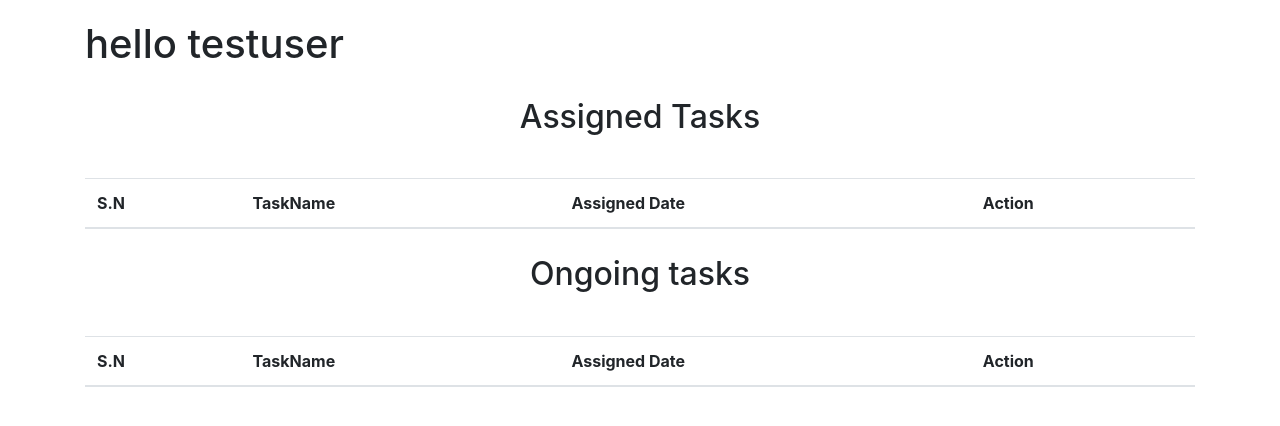
Repository: neha-rouniyar/taskmgmt
Page: http://localhost/user-dashboard
The author's editor kept a copy of each file at every save. The page is drawn from the files as they stood at one save, then again after the next save.
The browser window is 1280 px wide. The pictures show the whole page.
The page is served by the project's Laravel application, run on PHP 8.4 with Laravel 10. A made-up administrator, Test User (test@example.com), is signed in. Queries for data that is not in the repository find no rows.

Above is the page before, as saved 2023-12-15 23:52:57.

After the next save:
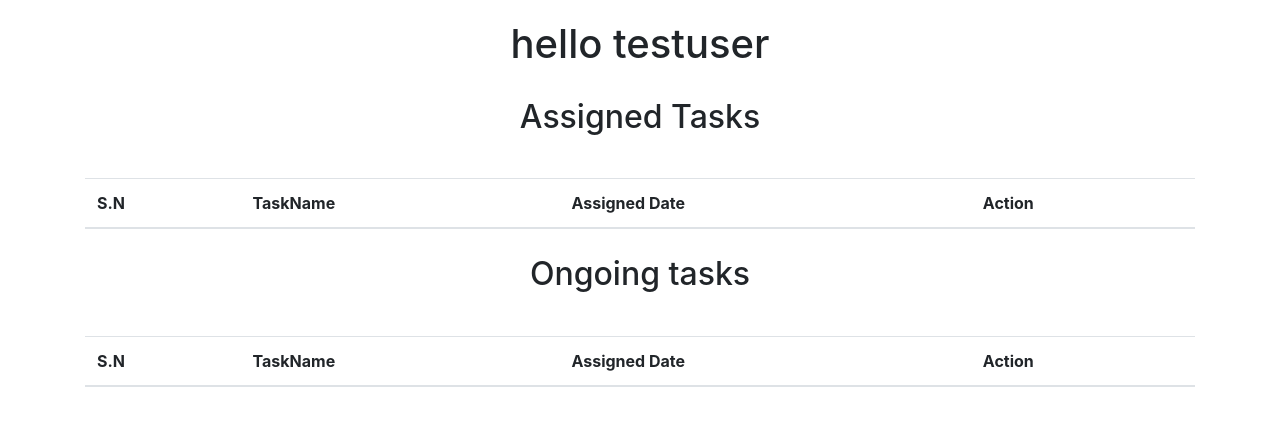
Saved 22 s later.
--- a/resources/views/user/dashboard.blade.php
+++ b/resources/views/user/dashboard.blade.php
@@ -35,7 +35,7 @@
     <div class="container">
 
         <div class="btn-container">
-        <h1>hello {{$user->username}}</h1>
+        <h1 style="text-align: center">hello {{$user->username}}</h1>
         @if (session('accepted'))
         <div class="alert alert-warning alert-dismissible fade show" role="alert">
             <p style="color: rgb(20, 216, 20)">{{session('accepted')}}</p>
